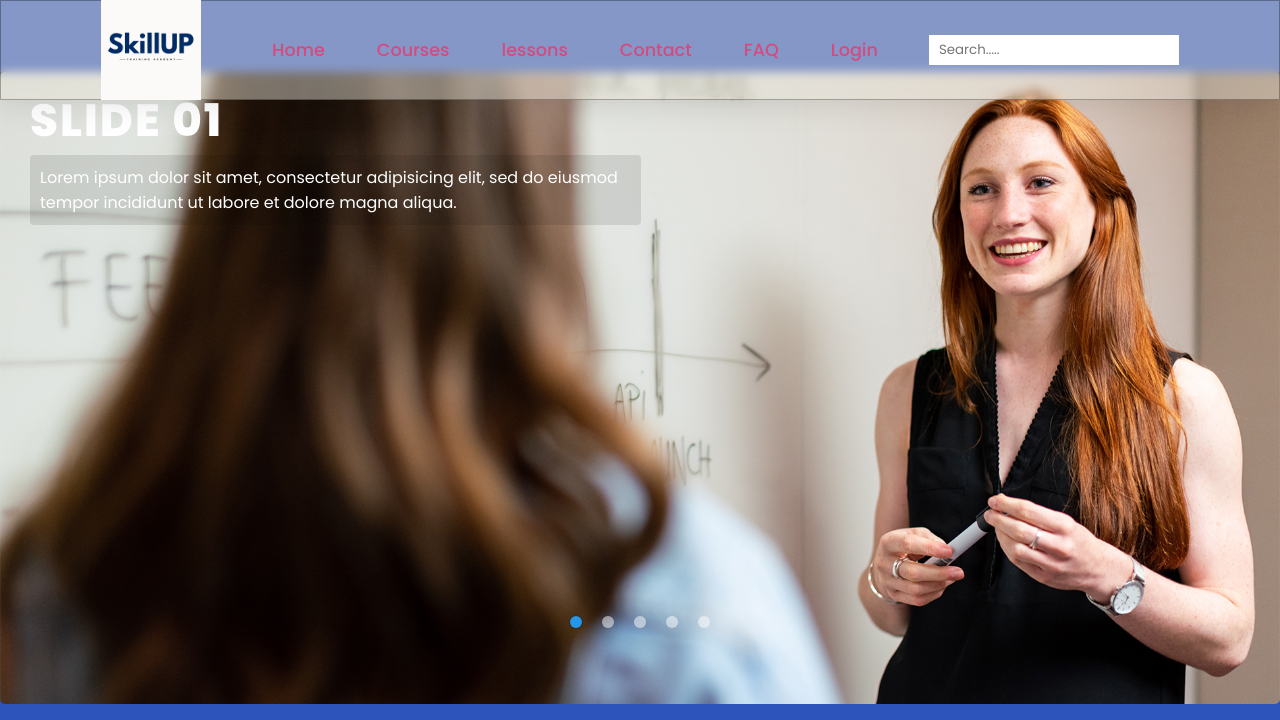
Repository: 2tzz/SkillUp-Academy
Page: home.html
These files come from the project's save history. The page is drawn as it stood at one moment and after the next save; the edit follows.
The browser window is 1280 px wide. The pictures show the whole page.
Some web fonts or font styles are not loaded; a fallback is used.

Above is the page before, as saved 2022-10-22 15:59:13.

### home.html
<!DOCTYPE html>
<html lang="en" dir="ltr">
  <head>
    <meta charset="utf-8">
    <title>Website Landing Page | With Loading Effects and Scrolling Effects</title>
    <link rel="stylesheet" href="/CSS/home.css">
  </head>
  <body>

    <header>
      <a href="#" class="logo" >
        <img src="Img/SkillUP light.png" width="100px" height="100px" alt="Academy logo"/>
      </a>
      <navbar>
        <a href="#" class="active">Home</a>
        <a href="CourseHome.html">Courses</a>
        <a href="Lessons.html">lessons</a>
        <a href="Contact.html">Contact</a>
        <a href="FAQ.html">FAQ</a>
        <a href="login.html">Login</a>
      </navbar>
      <search_bar>
            <form class="search">
                <input type="text" placeholder="Search....." class="input">
            <button type="submit" class="button">
                <i class="ri-search-2-line"></i>
            </button>
        </form>
      </search_bar>
    </header>

    <div class="img-slider">
        <div class="slide active">
          <img src="/Img/CarousalImages/Caro1.jpg" alt="">
          <div class="info">
            <h2>Slide 01</h2>
            <p>Lorem ipsum dolor sit amet, consectetur adipisicing elit, sed do eiusmod tempor incididunt ut labore et dolore magna aliqua.</p>
          </div>
        </div>
        <div class="slide">
          <img src="/Img/CarousalImages/Caro2.jpg" alt="">
          <div class="info">
            <h2>Slide 02</h2>
            <p>Lorem ipsum dolor sit amet, consectetur adipisicing elit, sed do eiusmod tempor incididunt ut labore et dolore magna aliqua.</p>
          </div>
        </div>
        <div class="slide">
          <img src="/Img/CarousalImages/Caro3.jpg" alt="">
          <div class="info">
            <h2>Slide 03</h2>
            <p>Lorem ipsum dolor sit amet, consectetur adipisicing elit, sed do eiusmod tempor incididunt ut labore et dolore magna aliqua.</p>
          </div>
        </div>
        <div class="slide">
          <img src="/Img/CarousalImages/Caro1.jpg" alt="">
          <div class="info">
            <h2>Slide 04</h2>
            <p>Lorem ipsum dolor sit amet, consectetur adipisicing elit, sed do eiusmod tempor incididunt ut labore et dolore magna aliqua.</p>
          </div>
        </div>
        <div class="slide">
          <img src="/Img/CarousalImages/Caro2.jpg" alt="">
          <div class="info">
            <h2>Slide 05</h2>
            <p>Lorem ipsum dolor sit amet, consectetur adipisicing elit, sed do eiusmod tempor incididunt ut labore et dolore magna aliqua.</p>
          </div>
        </div>
        <div class="navigation">
          <div class="btn active"></div>
          <div class="btn"></div>
          <div class="btn"></div>
          <div class="btn"></div>
          <div class="btn"></div>
        </div>
      </div>
    <script src="/JS/home.js"></script>
  </body>
</html>

### CSS/home.css
@import url('https://fonts.googleapis.com/css2?family=Poppins:wght@100;200;300;400;500;600;700;800;900&display=swap');
@import url('https://fonts.googleapis.com/css2?family=Kaushan+Script&display=swap');

*{
  margin: 0;
  padding: 0;
  box-sizing: border-box;
  font-family: "Poppins", sans-serif;
  scroll-behavior: smooth;
}

body{
    min-height: 100vh;
    overflow-x: hidden;
    display: flex;
    justify-content: center;
    align-items: center;
    background: #2c54ba;

}

header{
  background: rgba(231, 228, 214, 0.47);
  box-shadow: 0 4px 30px rgba(0, 0, 0, 0.1);
  backdrop-filter: blur(5px);
  -webkit-backdrop-filter: blur(5px);
  border: 1px solid rgba(6, 2, 2, 0.3);
  z-index: 999;
  height: 100px;
  position: absolute;
  top: 0;
  left: 0;
  width: 100%;
  padding: 30px 100px;
  display: flex;
  justify-content: space-between;
  align-items: center;
}

header .logo{
  padding-top: 12px;
  float: left;
  font-size: 2em;
  text-transform: uppercase;
  font-weight: 800;
  text-decoration: none;
  background: linear-gradient(to right, #d7487e, #ea6360);
  -webkit-background-clip: text;
  -webkit-text-fill-color: transparent;
}

header navbar{
  display: flex;
  justify-content: center;
  align-items: center;
}

header navbar a{
  color: #d9497e;
  font-size: 1.1em;
  font-weight: 500;
  text-decoration: none;
  margin-left: 20px;
  padding: 5px 16px;
  border-radius: 20px;
  transition: 0.3s;
  transition-property: background, color;
}

header navbar a:hover{
  background: linear-gradient(to bottom, #d94a7f, #fe9261);
  color: #fff;
}

.home{
  position: relative;
  width: 100%;
  height: 100vh;
  padding: 100px;
  display: flex;
  justify-content: center;
  align-items: center;
  flex-direction: column;
}

.home:before{
  content: '';
  z-index: 10;
  position: absolute;
  width: 100%;
  height: 80px;
  background: linear-gradient(to top, #722d59, transparent);
  bottom: 0;
}


.home img{
  position: absolute;
  top: 0;
  left: 0;
  width: 100%;
  height: 100%;
  object-fit: cover;
  pointer-events: none;
}

/* Search box */
header search_bar{
    float: right;
    display: flex;
    justify-content: center;
    align-items: center;
}
.search{
    float: right;
    position: relative;
    height: 30px;
    width: 250px;
    background-color: rgb(255, 255, 255);
    backdrop-filter: blur(2rem);
    display: flex;
    justify-content: flex-end;
    border: #a11d1d;
}
.search::before{
    content: "";
    position: absolute;
    left: 0;
    bottom: 0;
    width: 100%;
    height: 2px;
    background: #c52520;
    transform: scaleX(0);
    transform-origin: center;
    transform-origin: left;
    transition: transform .25s ;
}
.search:focus-within::before{
    transform: scale(1);
}
.search input,
.search button{
    border: none;
    outline: none;
    background-color: transparent;
    color: #8e8e8e;
}
.input{
    width: 100%;
    padding: 10px;
}
.button{
    display: grid;
    place-items: center;
    width: 50px;
    font-size: 20px;
    cursor: pointer;
    transition: color .25s;
}
.button:hover{
    background: #0170f0;
  }


.logo, navbar,search_bar{
  transform: translateY(-70px);
  transition: 0.8s;
}

@import url('https://fonts.googleapis.com/css2?family=Poppins:wght@100;200;300;400;500;600;700;800;900&display=swap');

*{
  margin: 0;
  padding: 0;
  box-sizing: border-box;
  font-family: "Poppins", sans-serif;
}



.img-slider{
  position: relative;
  width: 1920px;
  height: 80vh;
  background: #1D212B;
}

.img-slider .slide{
  z-index: 1;
  position: absolute;
  width: 100%;
  clip-path: circle(0% at 0 50%);
}

.img-slider .slide.active{
  clip-path: circle(150% at 0 50%);
  transition: 2s;
  transition-property: clip-path;
}

.img-slider .slide img{
  z-index: 1;
  width: 100%;
  border-radius: 5px;
}

.img-slider .slide .info{
  position: absolute;
  top: 0;
  padding: 15px 30px;
}

.img-slider .slide .info h2{
  color: #fff;
  font-size: 45px;
  text-transform: uppercase;
  font-weight: 800;
  letter-spacing: 2px;
}

.img-slider .slide .info p{
  color: #fff;
  background: rgba(0, 0, 0, 0.1);
  font-size: 16px;
  width: 60%;
  padding: 10px;
  border-radius: 4px;
}

.img-slider .navigation{
  z-index: 2;
  position: absolute;
  display: flex;
  bottom: 10px;
  left: 50%;
  transform: translateX(-50%);
}

.img-slider .navigation .btn{
  background: rgba(255, 255, 255, 0.5);
  width: 12px;
  height: 12px;
  margin: 10px;
  border-radius: 50%;
  cursor: pointer;
}

.img-slider .navigation .btn.active{
  background: #2696E9;
  box-shadow: 0 0 2px rgba(0, 0, 0, 0.5);
}

@media (max-width: 820px){
  .img-slider{
    width: 600px;
    height: 375px;
  }

  .img-slider .slide .info{
    padding: 10px 25px;
  }

  .img-slider .slide .info h2{
    font-size: 35px;
  }

  .img-slider .slide .info p{
    width: 70%;
    font-size: 15px;
  }

  .img-slider .navigation{
    bottom: 25px;
  }

  .img-slider .navigation .btn{
    width: 10px;
    height: 10px;
    margin: 8px;
  }
}

@media (max-width: 620px){
  .img-slider{
    width: 400px;
    height: 250px;
  }

  .img-slider .slide .info{
    padding: 10px 20px;
  }

  .img-slider .slide .info h2{
    font-size: 30px;
  }

  .img-slider .slide .info p{
    width: 80%;
    font-size: 13px;
  }

  .img-slider .navigation{
    bottom: 5px;
  }

  .img-slider .navigation .btn{
    width: 8px;
    height: 8px;
    margin: 6px;
  }
}

@media (max-width: 420px){
  .img-slider{
    width: 320px;
    height: 200px;
  }

  .img-slider .slide .info{
    padding: 5px 10px;
  }

  .img-slider .slide .info h2{
    font-size: 25px;
  }

  .img-slider .slide .info p{
    width: 90%;
    font-size: 11px;
  }

  .img-slider .navigation{
    bottom: 10px;
  }
}

### JS/home.js

const logo = document.querySelector(".logo");
const navbar = document.querySelector("navbar");
const search_bar=document.querySelector("search_bar");

//reveal elements on page loading
window.addEventListener("load", () => {
  logo.style.transform = "translateY(0)";
  navbar.style.transform = "translateY(0)";
  search_bar.style.transform ="translateY(0)";
});

 //scrolling effects on website elements
 /*window.addEventListener("scroll", () => {
    const scrollVal = window.scrollY;
  });
*/
var slides = document.querySelectorAll('.slide');
    var btns = document.querySelectorAll('.btn');
    let currentSlide = 1;

    // Javascript for image slider manual navigation
    var manualNav = function(manual){
      slides.forEach((slide) => {
        slide.classList.remove('active');

        btns.forEach((btn) => {
          btn.classList.remove('active');
        });
      });

      slides[manual].classList.add('active');
      btns[manual].classList.add('active');
    }

    btns.forEach((btn, i) => {
      btn.addEventListener("click", () => {
        manualNav(i);
        currentSlide = i;
      });
    });

    // Javascript for image slider autoplay navigation
    var repeat = function(activeClass){
      let active = document.getElementsByClassName('active');
      let i = 1;

      var repeater = () => {
        setTimeout(function(){
          [...active].forEach((activeSlide) => {
            activeSlide.classList.remove('active');
          });

        slides[i].classList.add('active');
        btns[i].classList.add('active');
        i++;

        if(slides.length == i){
          i = 0;
        }
        if(i >= slides.length){
          return;
        }
        repeater();
      }, 10000);
      }
      repeater();
    }
    repeat();

After the next save:
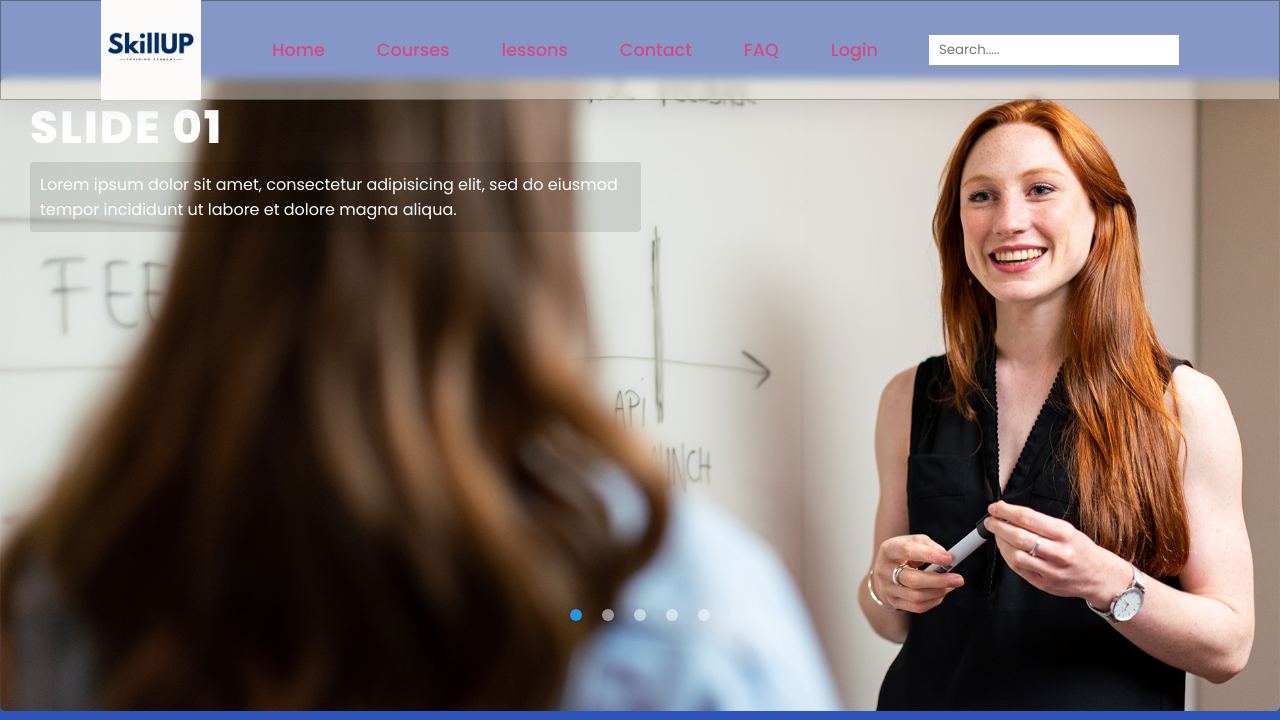
Saved 7 s later.
--- a/CSS/home.css
+++ b/CSS/home.css
@@ -181,7 +181,7 @@ header search_bar{
 .img-slider{
   position: relative;
   width: 1920px;
-  height: 80vh;
+  height: 78vh;
   background: #1D212B;
 }
 
